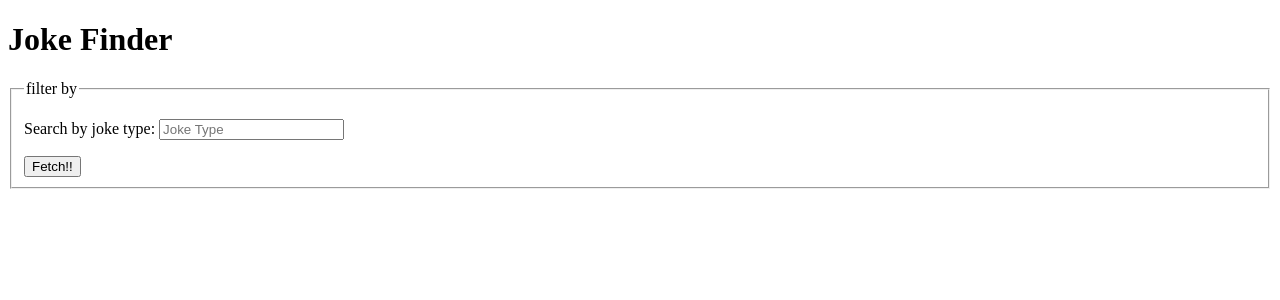
Repository: kaitlynMidori/dadJokeApi
Page: index.html
These files come from the project's save history. The page is drawn as it stood at one moment and after the next save; the edit follows.
The browser window is 1280 px wide. The pictures show the whole page.

Above is the page before, as saved 2021-01-05 16:03:51.

### index.html
<!DOCTYPE html>
<html lang="en">

<head>
    <meta charset="UTF-8" />
    <meta name="viewport" content="width=device-width, initial-scale=1.0" />
    <meta http-equiv="X-UA-Compatible" content="ie=edge" />
    <title>Joke Finder</title>
</head>

<body>

    <div id="container">
        <h1>Joke Finder</h1>
        <fieldset>
            <legend>filter by</legend>
            <form id="getJoke">
                <p>
                    <label for="JokeByType">Search by joke type:</label>
                    <input type="text" name="JokeByType" id="JokeByType" placeholder="Joke Type" list="joke-list" required>
                    <datalist id="userInput">
                        <option value="General"></option>
                        <option value="Knock-Knock"></option>
                        <option value="Programming"></option>
                    </datalist>
                </p>
                <button type="submit"> Fetch!!</button>
            </form>
        </fieldset>

        <!-- add section element to hold image whish is hidden from user until they click -->
        <section id="results" hidden>
            <h2>Search results</h2>
            <ul id="results-list"></ul>
        </section>
        <section id="not-found">
        </section>
    </div>

    <script src="https://code.jquery.com/jquery-3.3.1.js" integrity="sha256-2Kok7MbOyxpgUVvAk/HJ2jigOSYS2auK4Pfzbm7uH60=" crossorigin="anonymous"></script>
    <script src="script.js"></script>
</body>
</html>

### script.js
"use strict";

function formatQueryParams(params) {
    const queryItems = Object.keys(params)
      .map(key => `${key}=${params[key]}`)
    return queryItems.join('&');
  }

 function displayResults(responseJson, maxResults) {
     // if there are previous results, remove them
     console.log(responseJson);
     $("#results-list").empty();
     // iterate through the data array
     for (let i = 0; i < responseJson.data.length; i++) {
         $("#results-list")
             .append(`<li><h3><a href=“${responseJson.body[i].url}“>${responseJson.body[i].setup}</a></h3>
         <p>${responseJson.body[i].punchline}</p>
         </li>`);
     }
     //display the results section
     $("#results").removeClass("hidden");
 }

function getJoke(userInput) {
    let searchURL = "https://dad-jokes.p.rapidapi.com/joke/type/:type"
    const params= {
        type: userInput,
    };
    const queryString = formatQueryParams(params);
    const url = searchURL + "?" + queryString;
    console.log(url);
    fetch(url, {
	"method": "GET",
	"headers": {
        "Accept": "application/json, text/plain, */*",
        "Content-type": "application/json",
		"x-rapidapi-key": "e82a6ca64fmshac1b6e29139d108p153ff7jsncd763353e550",
		"x-rapidapi-host": "dad-jokes.p.rapidapi.com"
	}
            })
            .then(response => {
                if (response.ok) {
                    return response.json();
                }
                throw new Error(response.statusText);
            })
            .then((responseJson) => displayResults(responseJson, maxResults))
            .catch((err) => {
                $("#error-message").text(`Something went wrong: ${err.message}`);
            });
    }

function watchForm() {
    $("form").submit((event) => {
        event.preventDefault();
        let userInput = $("#type").val();
        getJoke(userInput);
    });
}
$(watchForm);

After the next save:
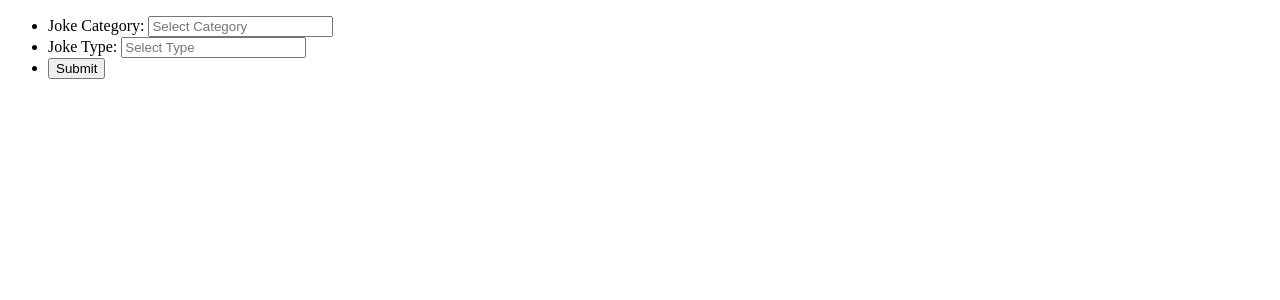
Saved 2 h 20 min later.
--- a/index.html
+++ b/index.html
@@ -10,14 +10,49 @@
 
 <body>
 
-    <div id="container">
+    <div class="form-container">
+        <form id="js-form">
+            <ul class="formWrapper">
+                <li class= "form-row">
+                    <label class="search-term" for="joke-category">Joke Category:</label>
+                    <input class="joke-category input" type="text" name="joke-category" id="joke-category" placeholder="Select Category" list="joke-category-list">
+                    <datalist id="joke-category-list">
+                        <option value="Any">
+                        <option value="Misc">
+                        <option value="Programming">
+                        <option value="Dark">
+                        <option value="Pun">
+                        <option value="Spooky">
+                        <option value="Christmas">
+                    </datalist>
+                </li>
+
+                <li class="form-row">
+                    <label class="search-term" for="joke-type">Joke Type:</label>
+                    <input class="joke-type input" type="text" name="joke-type" id="joke-type" placeholder="Select Type" list="joke-type-list">
+                    <datalist id="joke-type-list">
+                        <option value="Single">
+                        <option value="Twopart">
+                    </datalist>
+                </li>
+
+                <li class="button">
+                    <input id="submit-btn" type="submit" value="Submit">
+                </li>
+
+            </ul>
+        </form>
+    </div>
+
+
+    <!-- <div class="container">
         <h1>Joke Finder</h1>
         <fieldset>
-            <legend>filter by</legend>
-            <form id="getJoke">
+            <legend>Filter by:</legend>
+            <form id="js-joke-form">
                 <p>
-                    <label for="JokeByType">Search by joke type:</label>
-                    <input type="text" name="JokeByType" id="JokeByType" placeholder="Joke Type" list="joke-list" required>
+                    <label for="joke-category">Search by joke type:</label>
+                    <input type="text" name="joke-category" id="joke-category" placeholder="Joke Type" list="joke-list" required>
                     <datalist id="userInput">
                         <option value="General"></option>
                         <option value="Knock-Knock"></option>
@@ -27,13 +62,12 @@
                 <button type="submit"> Fetch!!</button>
             </form>
         </fieldset>
+        </section> -->
 
         <!-- add section element to hold image whish is hidden from user until they click -->
         <section id="results" hidden>
             <h2>Search results</h2>
             <ul id="results-list"></ul>
-        </section>
-        <section id="not-found">
         </section>
     </div>
 
